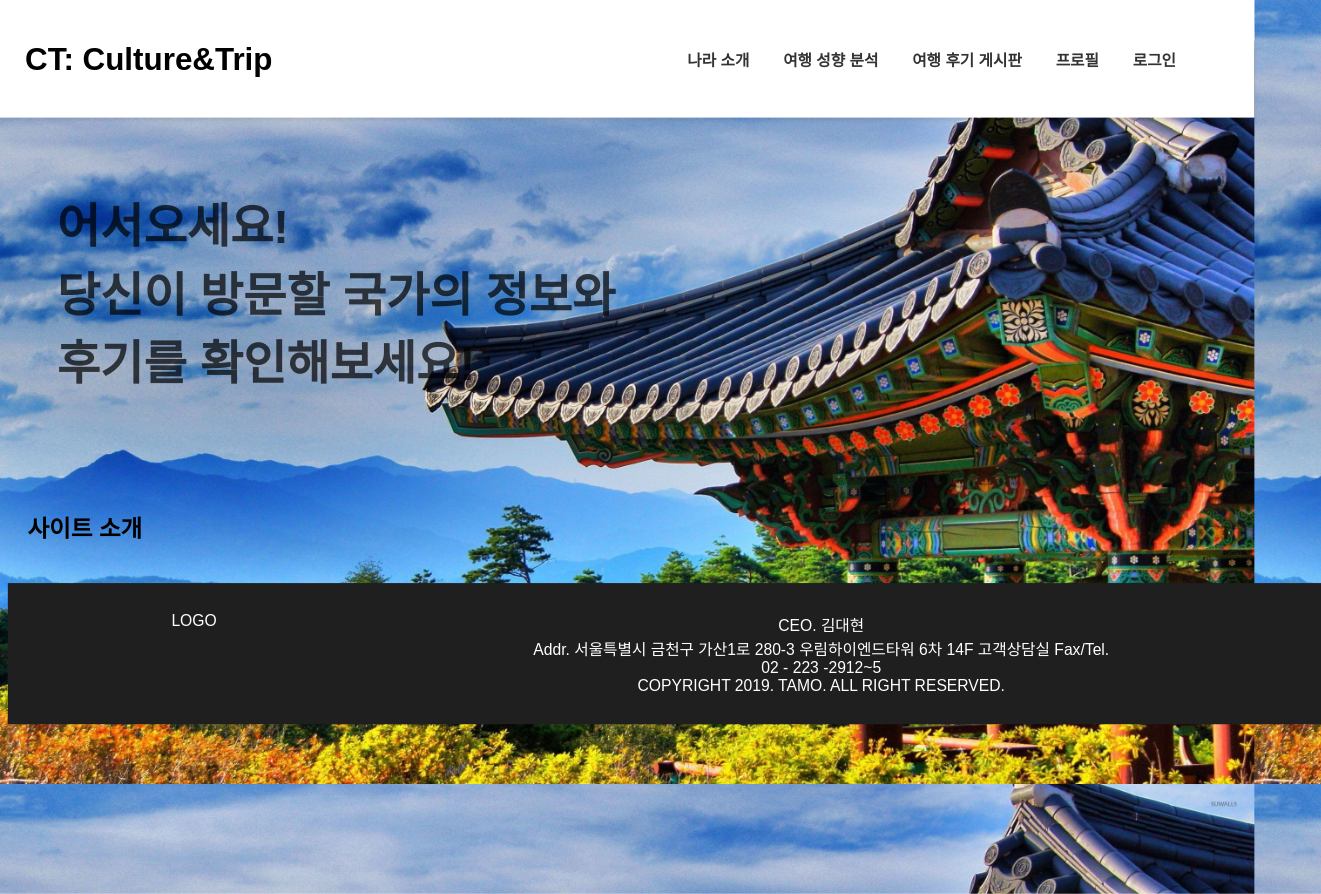
Repository: LifeIsRightward/WebServer
Page: http://localhost/JSPBook/Project/index.jsp?id=null
An editor plug-in stored every save of this project. The page is shown before and after the next save, followed by the edit.
The browser window is 1280 px wide. The page is 1348 px wide, so the pictures cover 1348 px, including what lies to the right of the window. The pictures show the whole page, at 98% of full size.
Backgrounds fixed to the window are drawn as part of the page. The page is served by Tomcat 9. Other server files are loaded and not shown.

Above is the page before, as saved 2024-06-04 16:39:49.

### JSPBook/src/main/webapp/Project/index.jsp
<%@ page language="java" contentType="text/html; charset=EUC-KR"
    pageEncoding="EUC-KR"%>
<!DOCTYPE html>
<html>
<head>
<meta charset="EUC-KR">
<title>Insert title here</title>
<link rel="stylesheet" href="./css/index.css" type="text/css">
<script src="http://code.jquery.com/jquery-latest.js"></script>
</head>
<body>
    <header>
        <h1>CT: Culture&Trip</h1>
        <nav>
            <ul>
                <li><a href="#">나라 소개</a></li>
                <li><a href="#">여행 성향 분석</a></li>
                <li><a href="#">여행 후기 게시판</a></li>
                <li><a href="#">프로필</a></li>
                <li><a href="#">로그인</a></li>
            </ul>
        </nav>
    </header>

	<div class="welcome-text">
		<h1>어서오세요! <br>당신이 방문할 국가의 정보와<br>후기를 확인해보세요!</h1>
	</div>

    <main>
        <section id="introduce">
            <h2>사이트 소개</h2>
         </section>
    </main>

    <footer><!--이 부분이 홈페이지에서 하단부분. 흔히 footerf라고 부르는 부분임. 시멘틱 태그의 일종-->
                <div>
                    LOGO
                </div>
                <div>
                    CEO. 김대현 <br>
                    Addr. 서울특별시 금천구 가산1로 280-3 우림하이엔드타워 6차 14F 고객상담실 Fax/Tel. <br>
                    02 - 223 -2912~5 <br>
                    COPYRIGHT 2019. TAMO. ALL RIGHT RESERVED.
                  </div>
    </footer>
</body>
</html>

### JSPBook/src/main/webapp/Project/css/index.css
@charset "EUC-KR";

html{
	overflow: hidden;
	display: block;
	width: 100%;
	height: 100%;
}

body {
	display: block;
    background-image: url("../assets/background.jpg"); /* 전체 배경 이미지 설정 */
    background-size: cover ; /* 배경 이미지 크기 조절 */
    background-position: center; /* 배경 이미지 위치 조절 */
    background-attachment: fixed; /* 스크롤해도 배경 이미지 고정 */
    background-repeat: no-repeat; /* 이미지 반복 방지 */
    font-family: sans-serif; /* 글꼴 설정 */
    width: 100%;
	height: 100%;
}

header {
	display: flex; /* header를 flexbox로 설정 */
    align-items: center; /* 항목들을 중앙 정렬 */
    justify-content: space-between; /* 항목들을 양쪽 끝으로 분산 */
    position: absolute;
    top: 0;
    left: 0;
    height: 100px; /* header 높이 설정 */
    width: 100%; /* 전체 너비 차지 */
    background-color: #fff; /* 배경색 */
    padding: 10px 0; /* 여백 설정 */
     z-index: 10; /* 다른 요소 위에 표시 */
    box-shadow: 0 2px 4px rgba(0, 0, 0, 0.1); /* 그림자 효과 */
}

header > h1{
	margin-left:2%;
}

nav ul {
    list-style: none; /* 기본 목록 스타일 제거 */
    margin-right: 50px;
    padding: 0; /* 여백 제거 */
    text-align: right; /* 오른쪽 정렬 */
}

nav li {
    display: inline-block; /* li 요소를 가로로 나열 */
    margin-right: 30px; /* 각 li 요소 사이 여백 */
}

nav a {
    color: #333; /* 링크 색상 */
    text-decoration: none; /* 기본 텍스트 장식 제거 */
    font-weight: bold; /* 글씨체 강조 */
}

nav a:hover {
    color: #000; /* 마우스 호버 시 링크 색상 변경 */
}

main {
    padding: 20px; /* 본문 콘텐츠 여백 */
}

section {
    margin-bottom: 20px; /* 각 섹션 하단 여백 */
}

footer {
	width: 100%;
	opacity: 1;
    text-align: center; /* 푸터 가운데 정렬 */
    padding: 20px;
    background-color: transparent;
}

footer p{
	font-size: 1em; /* 텍스트 크기 */
    font-weight: bold; /* 글씨체 강조 */
    color: black; /* 텍스트 색상 */
}

/* 좌측 상단 텍스트 */
.welcome-text {
    position: relative; /* 상대 위치 설정 */
    margin-top: 15%; /* 상단 여백 추가 */
    margin-left: 50px;
    width: 60%;
    height: 40%;
    z-index: 10; /* 다른 요소 위에 표시 */
}

.welcome-text h1 {
    font-size: 3em; /* 텍스트 크기 */
    font-weight: bold; /* 글씨체 강조 */
    color: black; /* 텍스트 색상 */
    opacity: 0.7;
    margin: 0; /* 여백 제거 */
}

/* footer css */
footer{
    display: flex;
    background-color: #1f1f1f;
    padding: 30px;
}

footer > div:first-child{
    flex: 3;
    text-align: center;
    color: #fff;
}

footer > div:last-child{
    flex: 9;
    color: #fff;
}

After the next save:
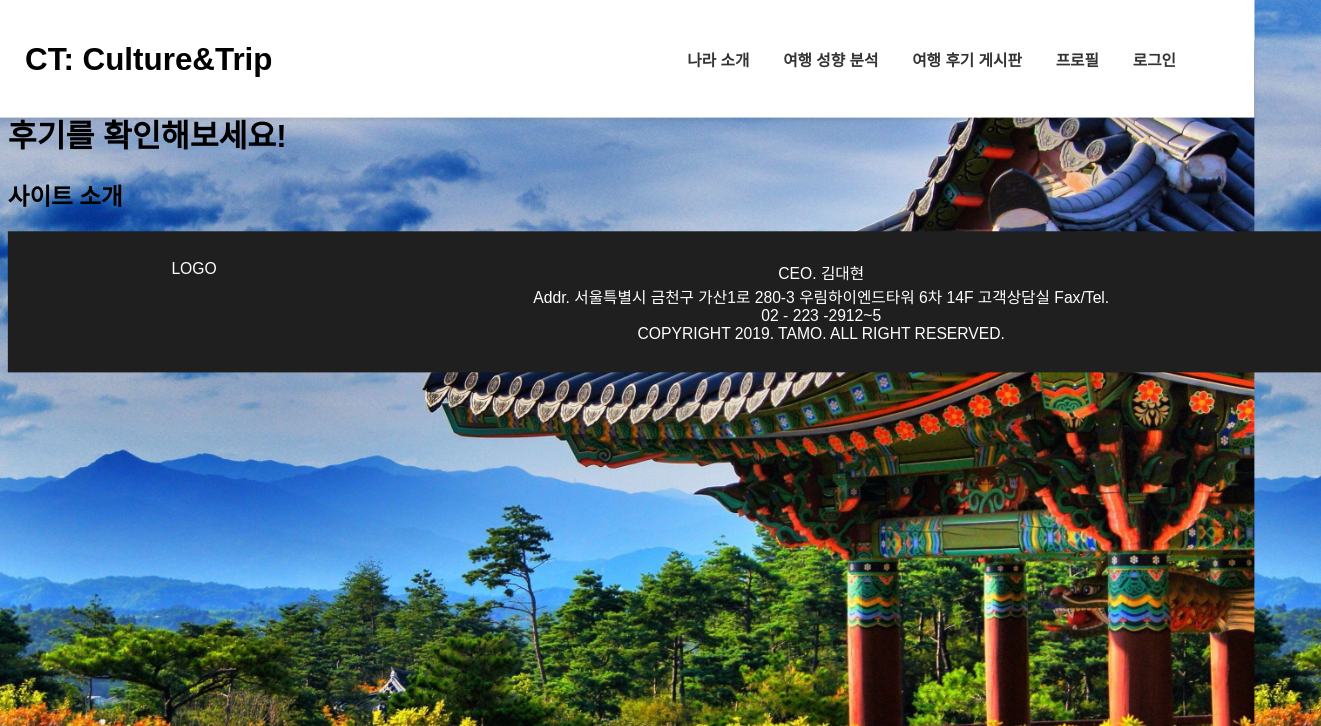
Saved 79 s later.
--- a/JSPBook/src/main/webapp/Project/index.jsp
+++ b/JSPBook/src/main/webapp/Project/index.jsp
@@ -22,15 +22,13 @@
         </nav>
     </header>
 
-	<div class="welcome-text">
+	<div class="section" id="welcome-text">
 		<h1>어서오세요! <br>당신이 방문할 국가의 정보와<br>후기를 확인해보세요!</h1>
 	</div>
+	<div id="introduce">
+         <h2>사이트 소개</h2>
+    </div>
 
-    <main>
-        <section id="introduce">
-            <h2>사이트 소개</h2>
-         </section>
-    </main>
 
     <footer><!--이 부분이 홈페이지에서 하단부분. 흔히 footerf라고 부르는 부분임. 시멘틱 태그의 일종-->
                 <div>
